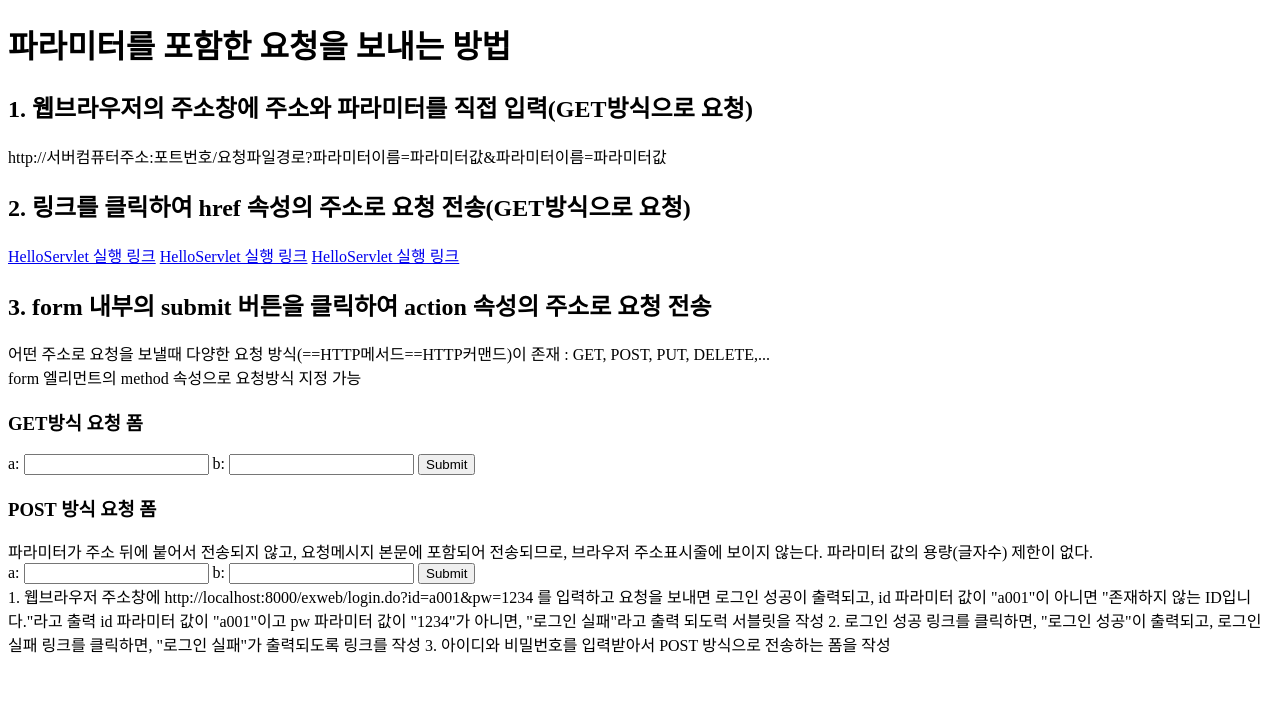
Repository: gywjd848/jeongblog
Page: workspace/exweb/WebContent/param.html
The author's editor kept a copy of each file at every save. The page is drawn from the files as they stood at one save, then again after the next save.
The browser window is 1280 px wide. The pictures show the whole page.

Above is the page before, as saved 2020-05-15 05:23:05.

After the next save:
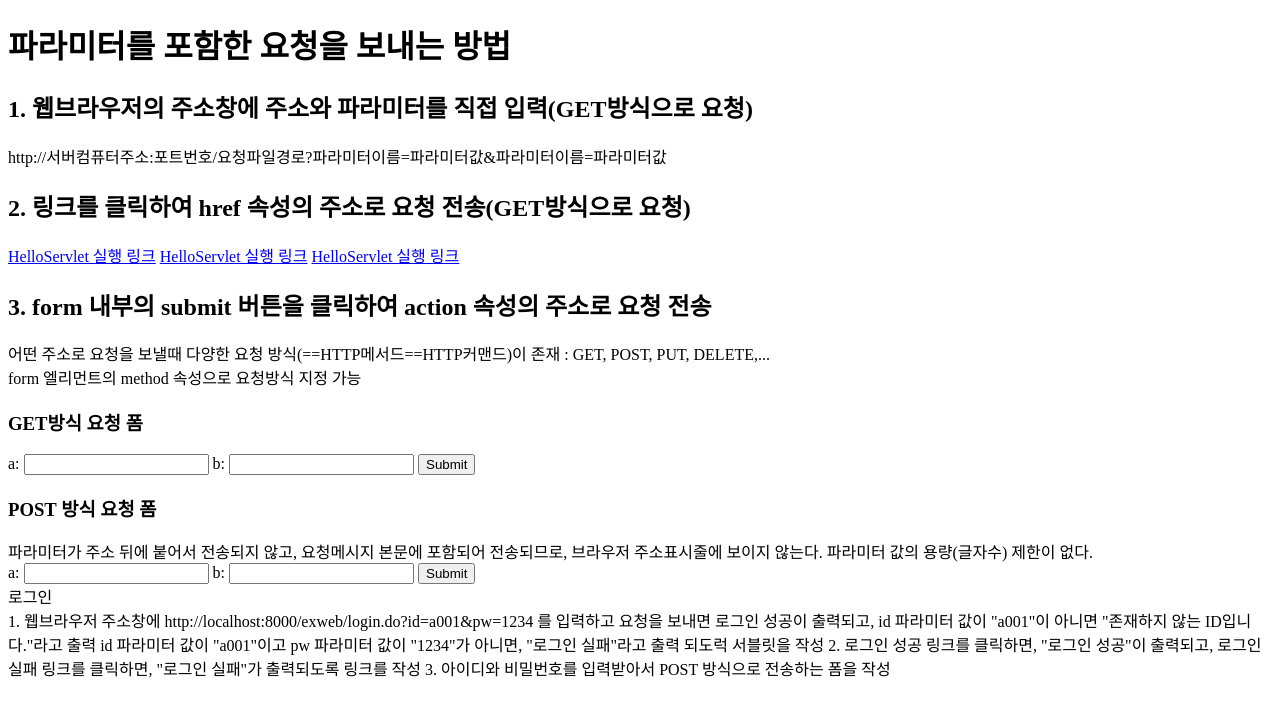
Saved 34 s later.
--- a/workspace/exweb/WebContent/param.html
+++ b/workspace/exweb/WebContent/param.html
@@ -34,7 +34,7 @@
 		<input type="submit" />
 	</form>
 	<div>
-	<a herf="http://localhost:8000/exweb/login.do"></a>
+	<a herf="http://localhost:8000/exweb/login.do">로그인</a>
 	</div>
 	<div>
 		1. 웹브라우저 주소창에
